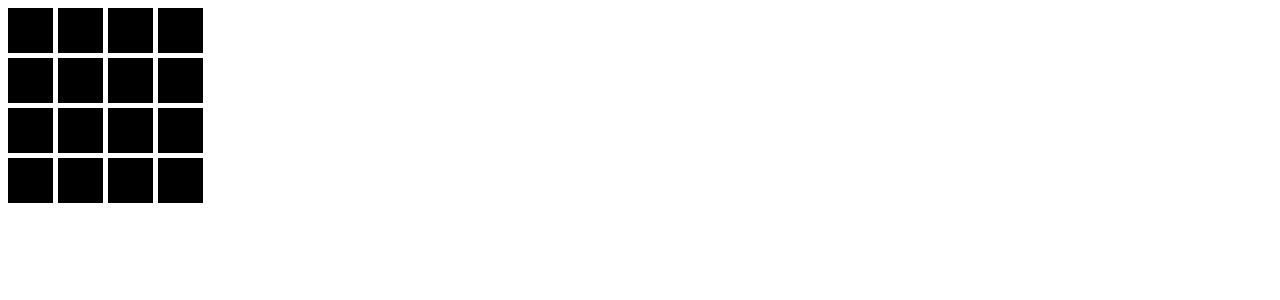
Repository: JAEGyEOng69/Python
Page: workspace_python/FAST_SOCKET/static/canvas4.html
The author's editor kept a copy of each file at every save. The page is drawn from the files as they stood at one save, then again after the next save.
The browser window is 1280 px wide. The pictures show the whole page.

Above is the page before, as saved 2022-10-18 01:44:38.

After the next save:
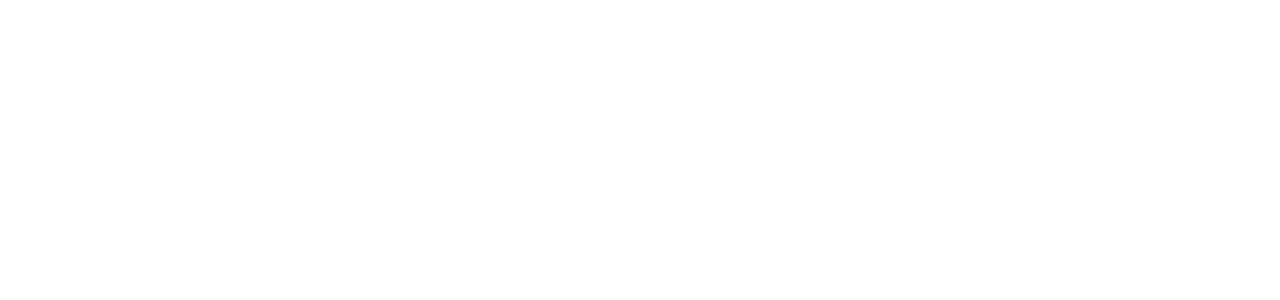
Console error: SyntaxError: Unexpected end of input
Saved 19 s later.
--- a/workspace_python/FAST_SOCKET/static/canvas4.html
+++ b/workspace_python/FAST_SOCKET/static/canvas4.html
@@ -12,12 +12,12 @@
 		var ctx = canvas.getContext('2d');
 		for(var i=0; i<4; i++){
 			for(var j=0; j<4; j++){
-// 				if(cvr2D[i][j]==0){
+				if(arr[i][j]==0){
 					ctx.fillStyle = 'black';
 					ctx.fillRect(j*50, i*50, 45, 45);
-// 				}else{
-// 					ctx.fillStyle = 'blue';
-// 					ctx.fillRect(j*50, i*50, 45, 45);
+				}else{
+					ctx.fillStyle = 'blue';
+					ctx.fillRect(j*50, i*50, 45, 45);
 // 				}
 
 			}

After the 2 saves that followed:
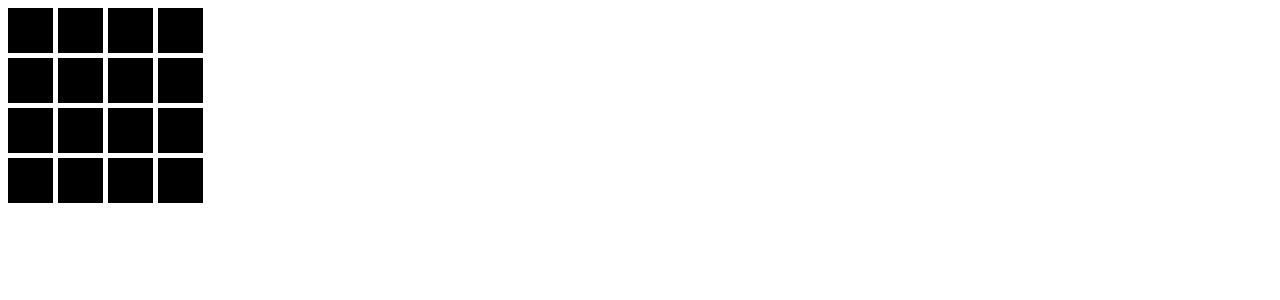
The error is gone.
The 2 saves are shown as one change because they came seconds apart.
The last was saved 10 s later.
--- a/workspace_python/FAST_SOCKET/static/canvas4.html
+++ b/workspace_python/FAST_SOCKET/static/canvas4.html
@@ -12,12 +12,12 @@
 		var ctx = canvas.getContext('2d');
 		for(var i=0; i<4; i++){
 			for(var j=0; j<4; j++){
-				if(arr[i][j]==0){
+// 				if(cvr2D[i][j]==0){
 					ctx.fillStyle = 'black';
 					ctx.fillRect(j*50, i*50, 45, 45);
-				}else{
-					ctx.fillStyle = 'blue';
-					ctx.fillRect(j*50, i*50, 45, 45);
+// 				}else{
+// 					ctx.fillStyle = 'blue';
+// 					ctx.fillRect(j*50, i*50, 45, 45);
 // 				}
 
 			}
